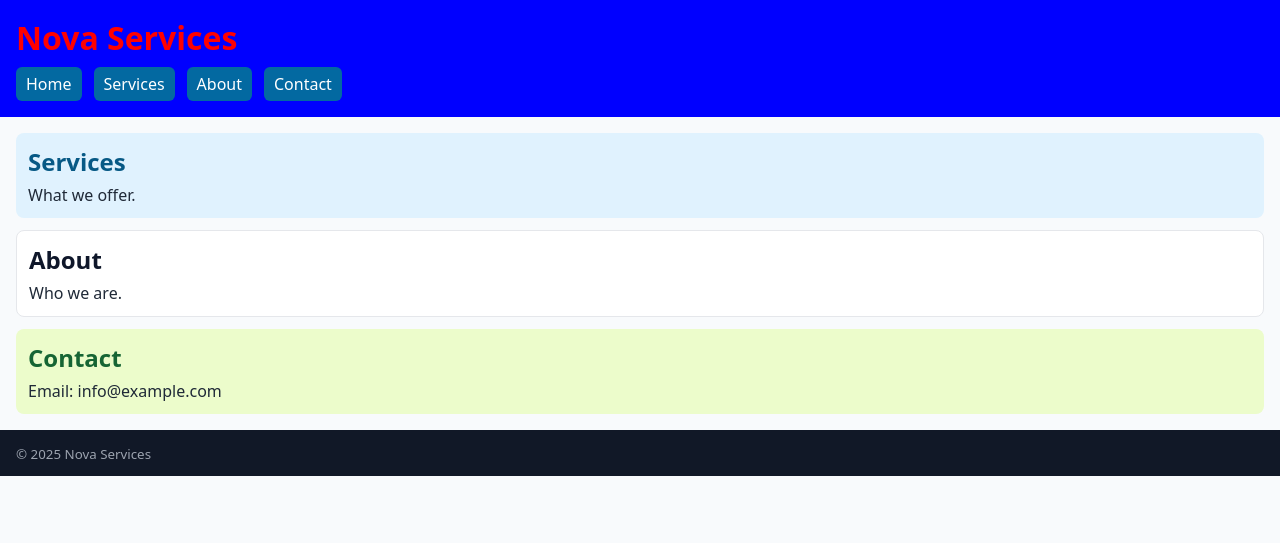
Repository: bbazimya/Nova-services
Page: index.html
An editor plug-in stored every save of this project. The page is shown before and after a run of saves, followed by the edit.
The browser window is 1280 px wide. The pictures show the whole page.

Above is the page before, as saved 2025-09-10 13:03:35.

### index.html
<!doctype html>
<html lang="en">
<head>
  <meta charset="utf-8">
  <meta name="viewport" content="width=device-width, initial-scale=1">
  <title>Nova Services</title>
  <link rel="stylesheet" href="styles.css">
</head>
<body>
  <header>
    <h1>Nova Services</h1>
    <nav>
      <a href="#home">Home</a>
      <a href="#services">Services</a>
      <a href="#about">About</a>
      <a href="#contact">Contact</a>
    </nav>
  </header>
  <main id="home">
    <section id="services"><h2>Services</h2><p>What we offer.</p></section>
    <section id="about"><h2>About</h2><p>Who we are.</p></section>
    <section id="contact"><h2>Contact</h2><p>Email: info@example.com</p></section>
  </main>
  <footer>
    <small>&copy; <time>2025</time> Nova Services</small>
  </footer>
</body>
</html>

### styles.css
body{margin:0;font-family:system-ui,Arial,sans-serif;color:#1f2937;background:#f8fafc;}
header{background:blue;color:red;padding:16px;}
header h1{margin:0;}
nav{margin-top:8px;display:flex;gap:12px;flex-wrap:wrap;}
nav a{color:#fff;background:#0369a1;padding:6px 10px;border-radius:6px;text-decoration:none;}
main{padding:16px;}
#services{background:#e0f2fe;border-radius:8px;padding:12px;margin-bottom:12px;}
#services h2{margin:0 0 6px 0;color:#075985;}
#services p{margin:0;}
#about{background:#fff;border:1px solid #e5e7eb;border-radius:8px;padding:12px;margin-bottom:12px;}
#about h2{margin:0 0 6px 0;color:#0f172a;}
#about p{margin:0;}
#contact{background:#ecfccb;border-radius:8px;padding:12px;}
#contact h2{margin:0 0 6px 0;color:#166534;}
#contact p{margin:0;}
footer{background:#111827;color:#9ca3af;padding:12px 16px;}

After the next 2 saves:
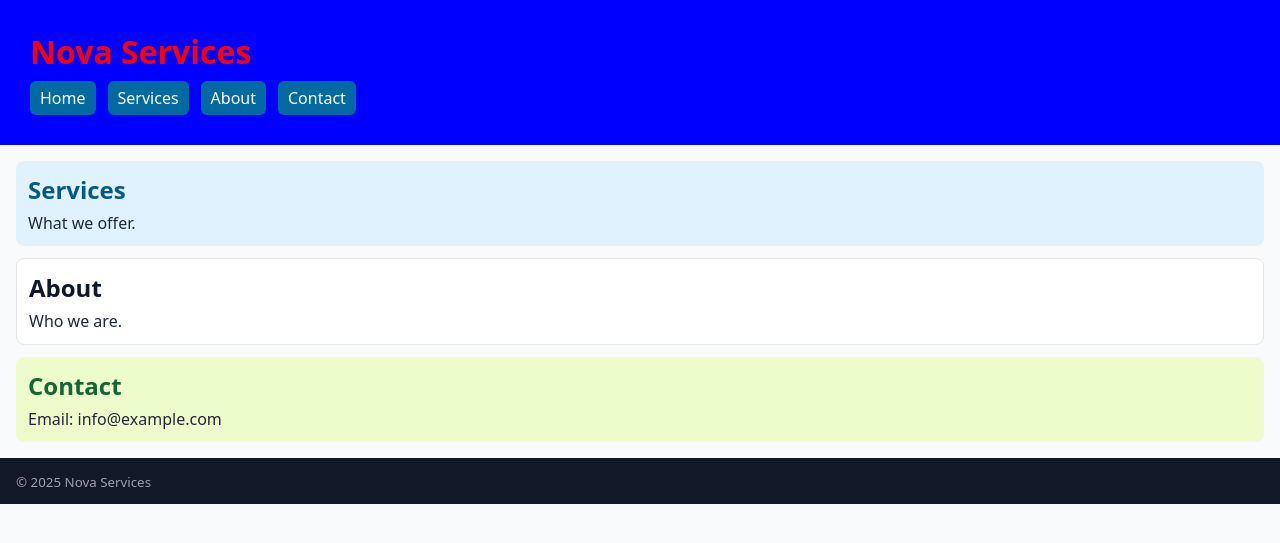
The 2 saves are shown as one change because they came seconds apart.
The last was saved 18 s later.
--- a/styles.css
+++ b/styles.css
@@ -1,5 +1,5 @@
 body{margin:0;font-family:system-ui,Arial,sans-serif;color:#1f2937;background:#f8fafc;}
-header{background:blue;color:red;padding:16px;}
+header{background:blue;color:red;padding:30px;}
 header h1{margin:0;}
 nav{margin-top:8px;display:flex;gap:12px;flex-wrap:wrap;}
 nav a{color:#fff;background:#0369a1;padding:6px 10px;border-radius:6px;text-decoration:none;}
